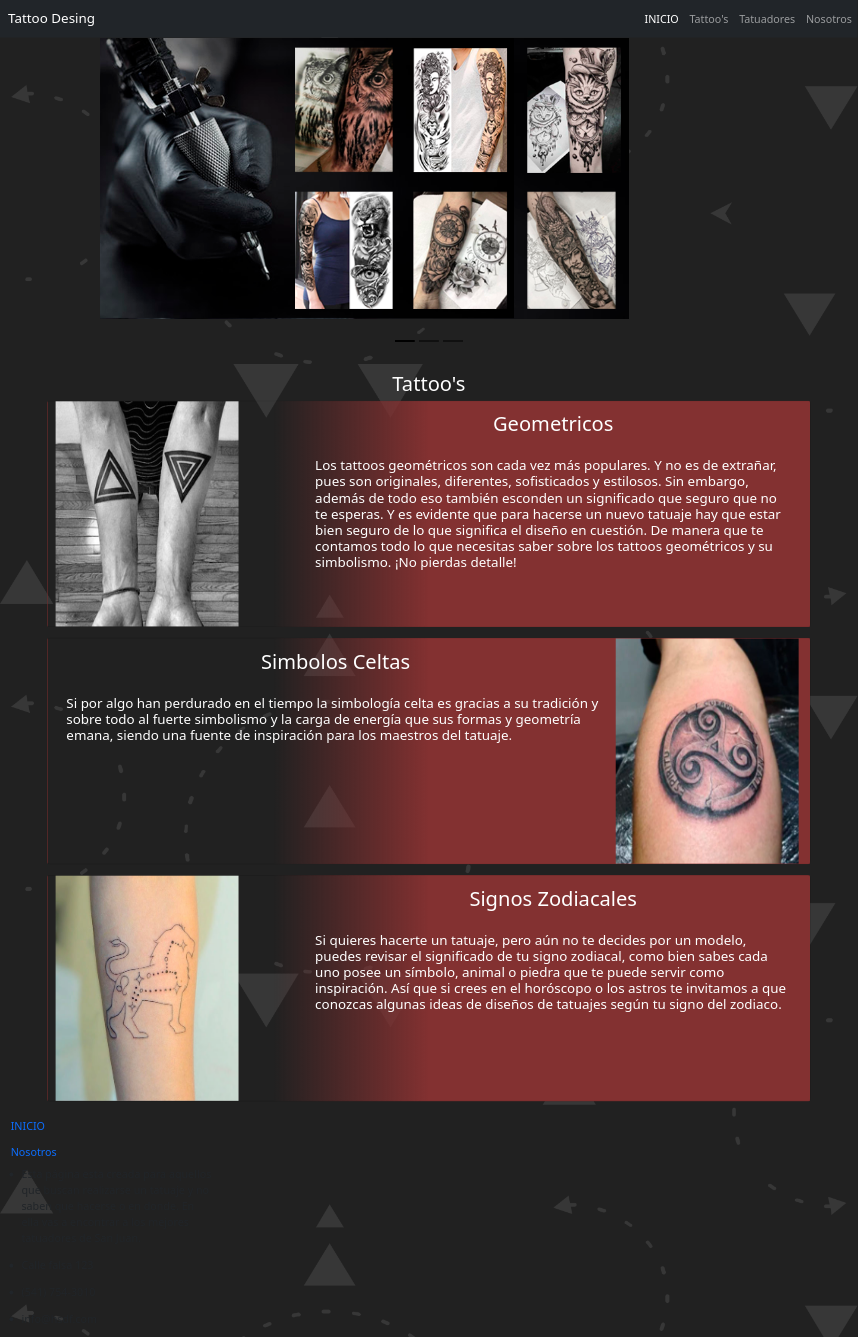
Repository: Vladimir-22/TatooDesign
Page: index.html
These files come from the project's save history. The page is drawn as it stood at one moment and after the next save; the edit follows.
The browser window is 1280 px wide. The pictures show the whole page, at 67% of full size.
Some web libraries are served in a nearby version.

Above is the page before, as saved 2021-05-19 20:32:34.

### index.html
<!DOCTYPE html>
<html lang="es">

<head>
    <meta charset="UTF-8">
    <meta http-equiv="X-UA-Compatible" content="IE=edge">
    <meta name="viewport" content="width=device-width, initial-scale=1.0">
    <link href="https://cdn.jsdelivr.net/npm/bootstrap@5.0.0-beta3/dist/css/bootstrap.min.css" rel="stylesheet" integrity="sha384-eOJMYsd53ii+scO/bJGFsiCZc+5NDVN2yr8+0RDqr0Ql0h+rP48ckxlpbzKgwra6" crossorigin="anonymous">
    <script src="https://cdn.jsdelivr.net/npm/bootstrap@5.0.0-beta3/dist/js/bootstrap.bundle.min.js" integrity="sha384-JEW9xMcG8R+pH31jmWH6WWP0WintQrMb4s7ZOdauHnUtxwoG2vI5DkLtS3qm9Ekf" crossorigin="anonymous"></script>
    <script src="https://cdn.jsdelivr.net/npm/bootstrap@5.0.0-beta3/dist/js/bootstrap.bundle.min.js" integrity="sha384-JEW9xMcG8R+pH31jmWH6WWP0WintQrMb4s7ZOdauHnUtxwoG2vI5DkLtS3qm9Ekf" crossorigin="anonymous"></script>
    <script src="https://cdn.jsdelivr.net/npm/@popperjs/core@2.9.1/dist/umd/popper.min.js" integrity="sha384-SR1sx49pcuLnqZUnnPwx6FCym0wLsk5JZuNx2bPPENzswTNFaQU1RDvt3wT4gWFG" crossorigin="anonymous"></script>
    <script src="https://cdn.jsdelivr.net/npm/bootstrap@5.0.0-beta3/dist/js/bootstrap.min.js" integrity="sha384-j0CNLUeiqtyaRmlzUHCPZ+Gy5fQu0dQ6eZ/xAww941Ai1SxSY+0EQqNXNE6DZiVc" crossorigin="anonymous"></script>
    <link rel="stylesheet" href="https://use.fontawesome.com/releases/v5.8.1/css/all.css" integrity="sha384-50oBUHEmvpQ+1lW4y57PTFmhCaXp0ML5d60M1M7uH2+nqUivzIebhndOJK28anvf" crossorigin="anonymous">
    <link rel="stylesheet" href="css/styles.css">
    <title>Tattoo Desing</title>
</head>

<body>
    <nav class="navbar navbar-expand-lg navbar-dark bg-dark">
        <div class="container-fluid">
            <!-- <i class="fas fa-bars"></i> -->

            <div class="col-md-9">
                <a class="navbar-brand" href="#">Tattoo Desing</a>

                <button class="navbar-toggler" type="button" data-bs-toggle="collapse" data-bs-target="#navbarNav" aria-controls="navbarNav" aria-expanded="false" aria-label="Toggle navigation">
                    <span class="navbar-toggler-icon"></span>
                </button>
            </div>

            <div class="col-md-3 collapse navbar-collapse" id="navbarNav">
                <ul class="navbar-nav">
                    <li class="nav-item">
                        <a class="nav-link active" aria-current="page" href="#">INICIO</a>
                    </li>
                    <li class="nav-item">
                        <a class="nav-link" href="tattoo's.html">Tattoo's</a>
                    </li>
                    <li class="nav-item">
                        <a class="nav-link" href="tatuadores.html">Tatuadores</a>
                    </li>
                    <li class="nav-item">
                        <a class="nav-link" href="nosotros.html" tabindex="-1" aria-disabled="true">Nosotros</a>
                    </li>
                </ul>
            </div>

        </div>
    </nav>

    <div class="container">
        <div class="row" id="carrusel" >
            <div id="carouselExampleDark" class="carousel carousel-dark slide" data-bs-ride="carousel">

                <div class="carousel-indicators">
                    <button type="button" data-bs-target="#carouselExampleDark" data-bs-slide-to="0" class="active" aria-current="true" aria-label="Slide 1"></button>
                    <button type="button" data-bs-target="#carouselExampleDark" data-bs-slide-to="1" aria-label="Slide 2"></button>
                    <button type="button" data-bs-target="#carouselExampleDark" data-bs-slide-to="2" aria-label="Slide 3"></button>
                </div>

                <div class="carousel-inner">
                    <div class="carousel-item active" data-bs-interval="10000">
                        <img id="imgCarrusel" src="./Agos/Carrusel/trae-tu-diseño.png" class="d-block w-20" alt="...">
                        <!-- <div class="carousel-caption d-none d-md-block">
                            <h5>First slide label</h5>
                            <p>Some representative placeholder content for the first slide.</p>
                        </div> -->
                    </div>
                    <div class="carousel-item" data-bs-interval="4000">
                        <img id="imgCarrusel" src="./Agos/Carrusel/Tendencias.png" class="d-block w-20" alt="...">
                        <!-- <div class="carousel-caption d-none d-md-block">
                            <h5>Second slide label</h5>
                            <p>Some representative placeholder content for the second slide.</p>
                        </div> -->
                    </div>
                    <div class="carousel-item" data-bs-interval="2000">
                        <img id="imgCarrusel" src="./Agos/Carrusel/Tatuadores-banner.png" class="d-block w-20" alt="...">
                        <!-- <div class="carousel-caption d-none d-md-block">
                            <h5>Third slide label</h5>
                            <p>Some representative placeholder content for the third slide.</p>
                        </div> -->
                    </div>
                </div>

                <!-- <button class="carousel-control-prev" type="button" data-bs-target="#carouselExampleDark" data-bs-slide="prev">
                  <span class="carousel-control-prev-icon" aria-hidden="true"></span>
                  <span class="visually-hidden">Previous</span>
                </button>
                <button class="carousel-control-next" type="button" data-bs-target="#carouselExampleDark" data-bs-slide="next">
                  <span class="carousel-control-next-icon" aria-hidden="true"></span>
                  <span class="visually-hidden">Next</span>
                </button> -->

            </div>
        </div>

        <div class="row section2 text-center">
            <h1>
                Tattoo's
            </h1>
        </div>

        <div class="row">
            <!-- <div class="card mb-3">
                <img src="./Pedro/Categorías - Signos Zodiacales/Simbolos Celtas.PNG" class="card-img-top" alt="...">
                <div class="card-body">
                    <h5 class="card-title">Card title</h5>
                    <p class="card-text">This is a wider card with supporting text below as a natural lead-in to additional content. This content is a little bit longer.</p>
                    <p class="card-text"><small class="text-muted">Last updated 3 mins ago</small></p>
                </div>
            </div> -->

            <div id="Geometricos" class="card mb-3" style="max-width: auto;">
                <div class="row g-0">
                    <div class="col-md-4">
                        <img id="imagen" src="./Pedro/Categorías - descripcion inicio/Tatuajes Geometricos.jpg" alt="...">
                    </div>
                    <div class="col-md-8">
                        <div class="card-body">
                            <h1 class="card-title">Geometricos</h1> <br>
                            <h5 id="descrip-gral" class="card-text">
                                Los tattoos geométricos son cada vez más populares. Y no es de extrañar, pues son originales, diferentes, sofisticados y estilosos. Sin embargo, además de todo eso también esconden un significado que seguro que no te esperas.
                                Y es evidente que para hacerse un nuevo tatuaje hay que estar bien seguro de lo que significa el diseño en cuestión. De manera que te contamos todo lo que necesitas saber sobre los tattoos geométricos y su simbolismo. ¡No
                                pierdas detalle!
                            </h5>
                            <!-- <p class="card-text"><small class="text-muted">Última actualización 3 minutos</small></p> -->
                        </div>
                    </div>
                </div>
            </div>

            <div id="Celtas" class="card mb-3" style="max-width: auto;">
                <div class="row g-0">
                    <div class="col-md-9">
                        <div class="card-body">
                            <h1 class="card-title">Simbolos Celtas</h1> <br>
                            <h5 id="descrip-gral" class="card-text">
                                Si por algo han perdurado en el tiempo la simbología celta es gracias a su tradición y sobre todo
                                al fuerte simbolismo y la carga de energía que sus formas y geometría emana, siendo una fuente de
                                inspiración para los maestros del tatuaje.
                            </h5 >
                            <!-- <p class="card-text"><small class="text-muted">Última actualización 3 minutos</small></p> -->
                        </div>
                    </div>
                    <div class="col-md-3">
                        <img id="imagen" src="./Pedro/Categorías - descripcion inicio/Simbolos Celtas.jpg" alt="...">
                    </div>
                </div>
            </div>

            <div id="Zodiacales" class="card mb-3" style="max-width: auto;">
                <div class="row g-0">
                    <div class="col-md-4">
                        <img id="imagen" src="./Pedro/Categorías - descripcion inicio/Signos Zodiacales.jpg" alt="...">
                    </div>
                    <div class="col-md-8">
                        <div class="card-body">
                            <h1 class="card-title">Signos Zodiacales</h1> <br>
                            <h5 id="descrip-gral" class="card-text">
                                Si quieres hacerte un tatuaje, pero aún no te decides por un modelo, puedes revisar el significado
                                de tu signo zodiacal, como bien sabes cada uno posee un símbolo, animal o piedra que te puede servir
                                como inspiración.
                                Así que si crees en el horóscopo o los astros te invitamos a que conozcas algunas ideas de diseños
                                de tatuajes según tu signo del zodiaco.
                            </h5>
                            <!-- <p class="card-text"><small class="text-muted">Última actualización 3 minutos</small></p> -->
                        </div>
                    </div>
                </div>
            </div>
        </div>

    </div>
</body>
<footer>
    <div class="footer" id="footer">
        <div class="col-6 col-md-4">
            <a class="nav-link active" aria-current="page" href="#">INICIO</a>
        </div>
        <div class="col-6 col-md-4">
            <a class="nav-link" href="nosotros.html" tabindex="-1" aria-disabled="true">Nosotros</a>

    </div>
    <div class="col-md-3 mb-md-0 mb-3">
        <ul>
            <li> <p> Esta página esta creada para aquellos que buscan realizarse un tatuaje y no saben que hacerse o en donde. En ella vas a encontrar a los mejores tatuadores de San Juan.</p> </li>
            <li> <p> Calle falsa 123</p> </li>
            <li> <p> (541) 754-3010</p> </li>
            <li> <p> info@hsdf.com</p> </li>

        </ul>
    </div>
</footer>
</html>

### css/styles.css
body {
    margin: 0 !important;
    padding: 0;
    position: relative;
    /*width: 1440px;
    height: 1024px;*/
    background: #212121;
    background-image: url(../Daniela/Background.png);
    background-position: center;
    background-size: contain;
    /* font-family: NanumGothic; */
}

.section2 {
    margin-top: 7%;
    color: white;
}

.section3 {
    margin-top: 3%;
    color: white;
}

h1 {
    font-size: 30px;
}

h2 {
    font-size: 21px;
}

h3 {
    font-size: 18px;
}

h1,
h2,
h3 {
    color: white;
    text-align: center;
}


/*.card img {
    width: 30%;
    height: 30%;
    align-content: center;
} */

nav {
    position: absolute;
    left: 0% !important;
    right: 0% !important;
    top: 0% !important;
    bottom: 0% !important;
    background: #000000 !important;
}

.carousel-indicators {
    left: 0% !important;
    right: 0% !important;
    top: 105% !important;
    bottom: 0% !important;
    margin-top: 0% !important;
}

.carousel-inner {
    left: 6% !important;
    right: 0% !important;
    top: 0% !important;
}



#Geometricos,
#Celtas,
#Zodiacales {
    background: linear-gradient(270deg, #833131 50%, rgba(131, 49, 49, 0) 70.34%);
    border-radius: 4px;
}

#nosotros
{
    background: none;
}

#descrip-gral {
    color: white;
}

#imagen {
    width: 273px;
    height: 336px;
}

#Celtas #imagen {
    right: 100% !important;
    top: 660px;
}

After the next save:
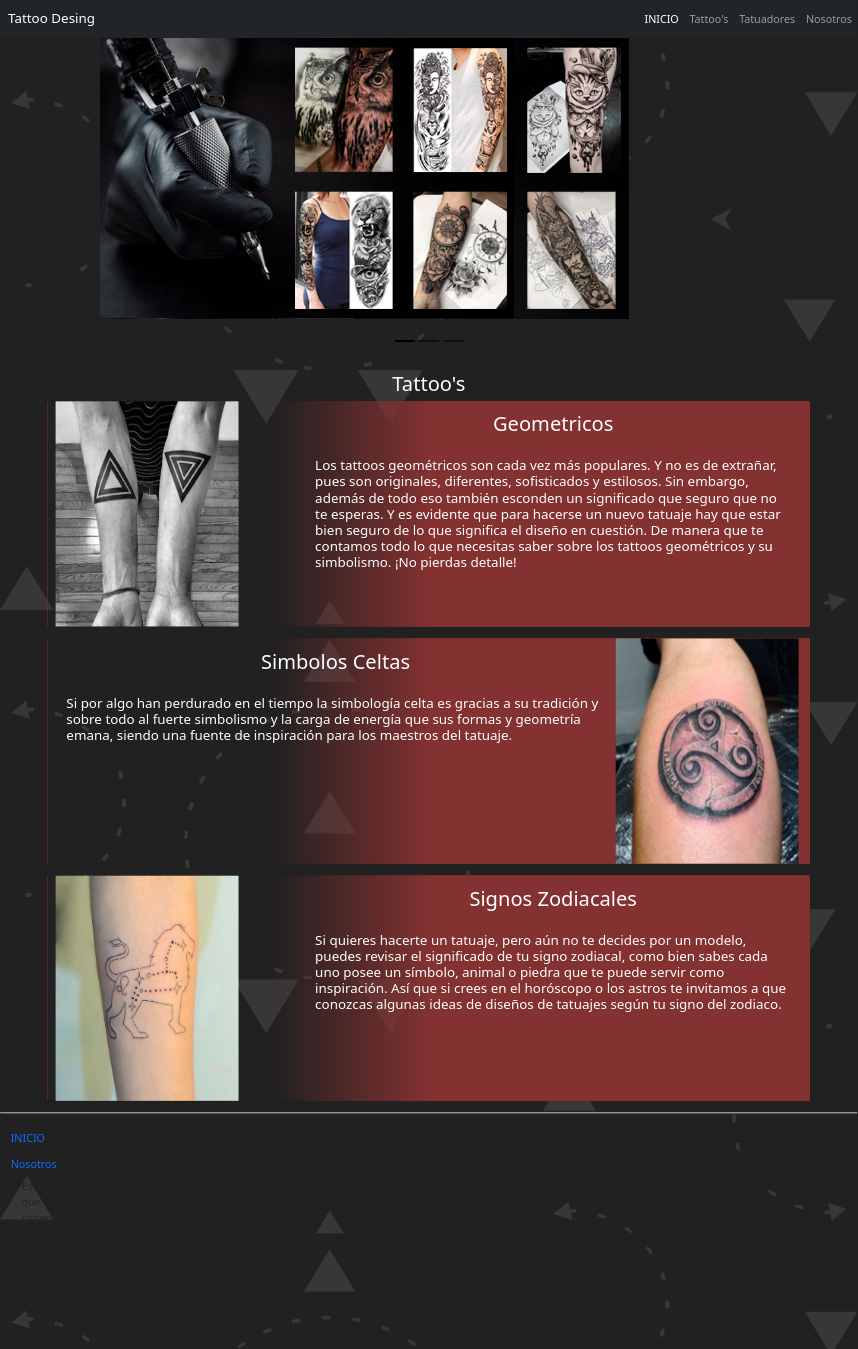
Saved 2 min 54 s later.
--- a/index.html
+++ b/index.html
@@ -174,11 +174,13 @@
 </body>
 <footer>
     <div class="footer" id="footer">
-        <div class="col-6 col-md-4">
-            <a class="nav-link active" aria-current="page" href="#">INICIO</a>
-        </div>
-        <div class="col-6 col-md-4">
-            <a class="nav-link" href="nosotros.html" tabindex="-1" aria-disabled="true">Nosotros</a>
+        <div id="footer" class="card mb-3" style="max-width: auto;"></div>
+            <div class="col-6 col-md-4">
+                <a class="nav-link active" aria-current="page" href="#">INICIO</a>
+            </div>
+            <div class="col-6 col-md-4">
+                <a class="nav-link" href="nosotros.html" tabindex="-1" aria-disabled="true">Nosotros</a>
+            </div>
 
     </div>
     <div class="col-md-3 mb-md-0 mb-3">
